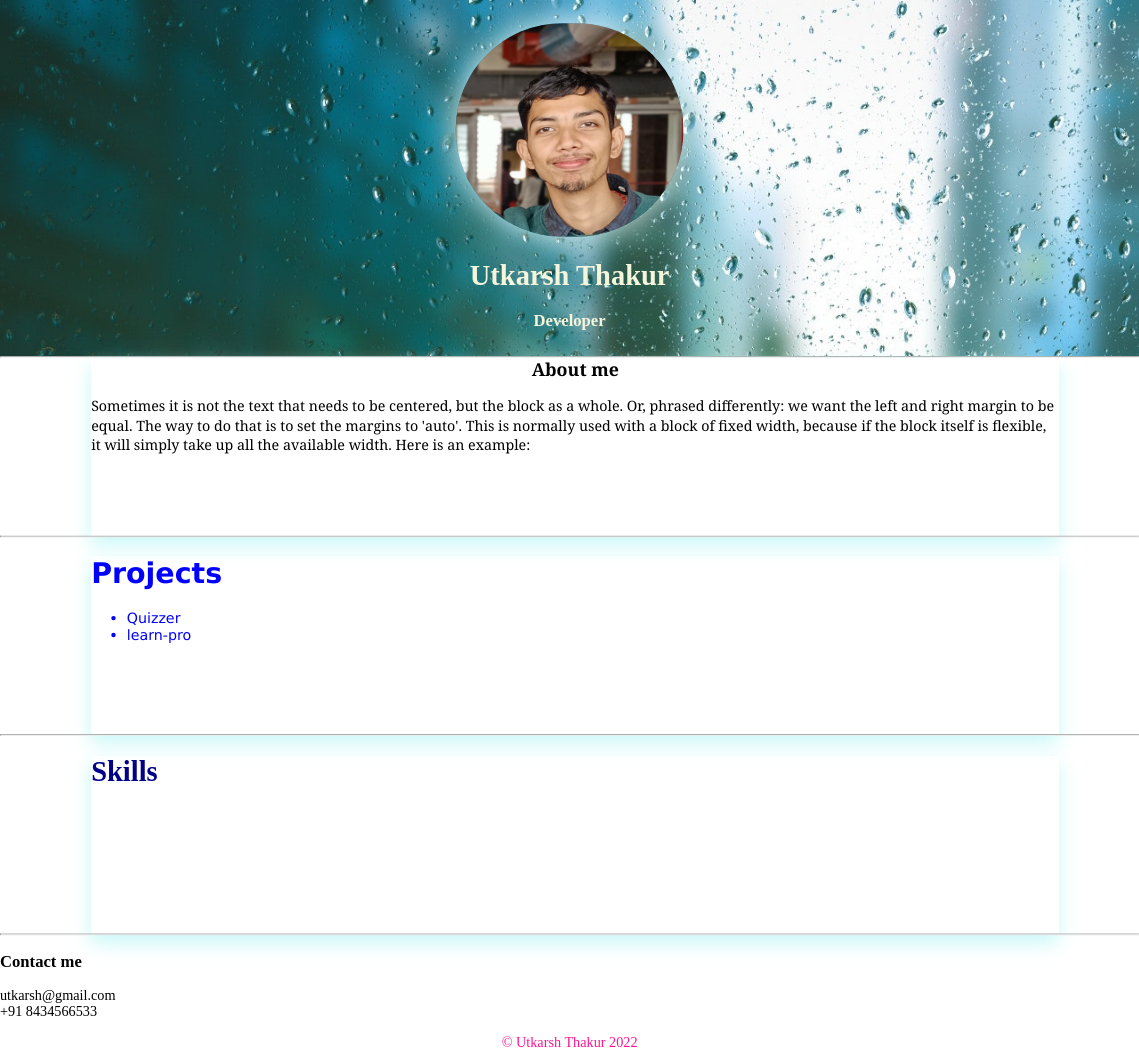
Repository: UtkarshThakur321/Utkarsh-Thakur-Profile
Page: index.html
The author's editor kept a copy of each file at every save. The page is drawn from the files as they stood at one save, then again after the next save.
The browser window is 1280 px wide. The pictures show the whole page, at 89% of full size.

Above is the page before, as saved 2022-01-22 23:43:29.
Not found: main.js

After the next save:
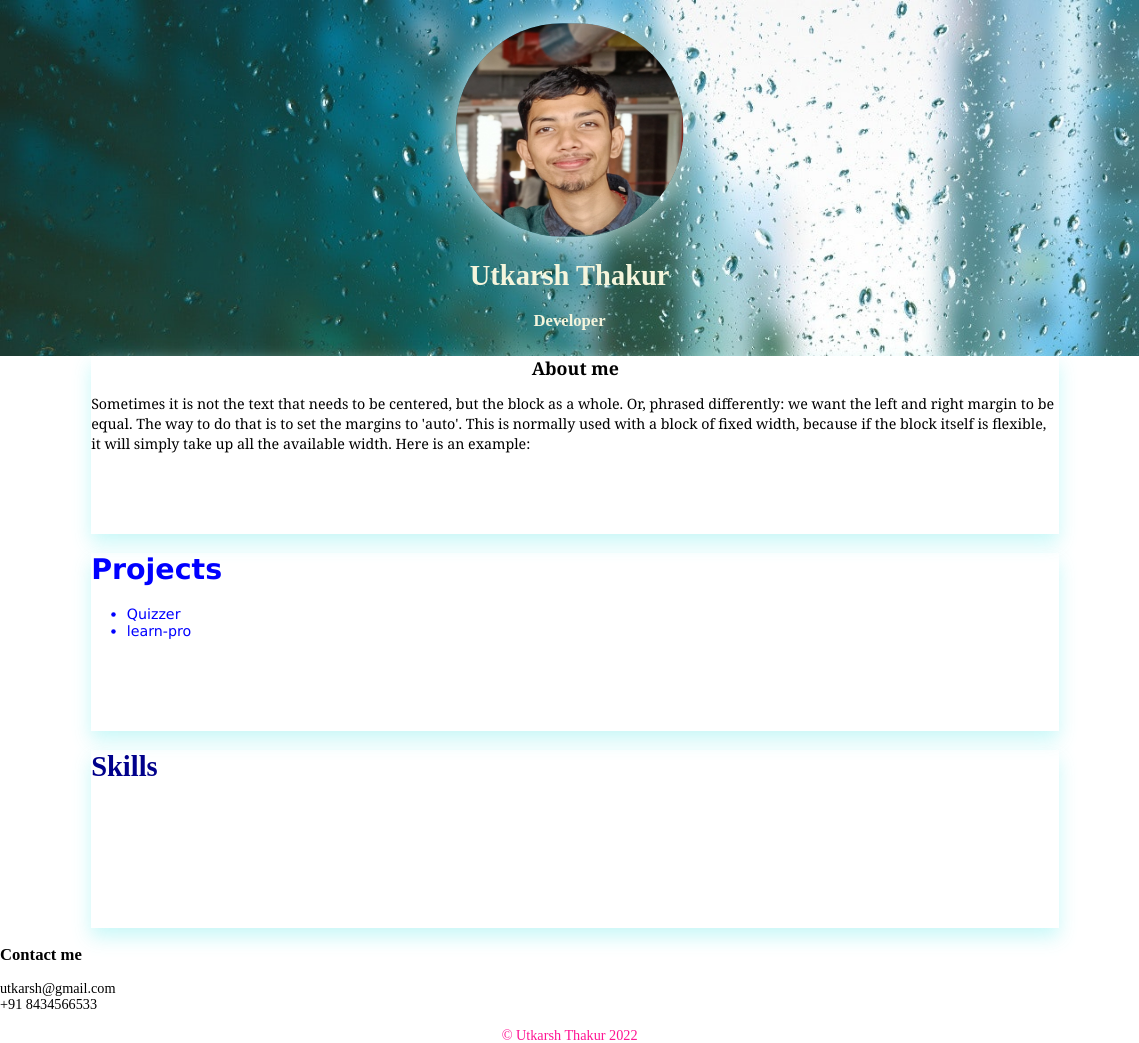
Saved 54 s later.
--- a/index.html
+++ b/index.html
@@ -31,7 +31,7 @@
         </div>
     </center>
 
-    <hr>
+
 
   <div id="aboutMe">
     <div id="aboutMeHeading">
@@ -45,7 +45,7 @@
   </div>
 
 
-<hr>
+
 <div id="projects">
     <h1>Projects</h1>
     <ul>
@@ -53,17 +53,13 @@
         <li>learn-pro</li>
     </ul>
 </div>
-<hr>
+
 
 
     <div id="skills">
         <h1>Skills</h1>
 
     </div>
-
-    <hr>
-
-
 
     <div id="footer">
         <h3>Contact me</h3>
